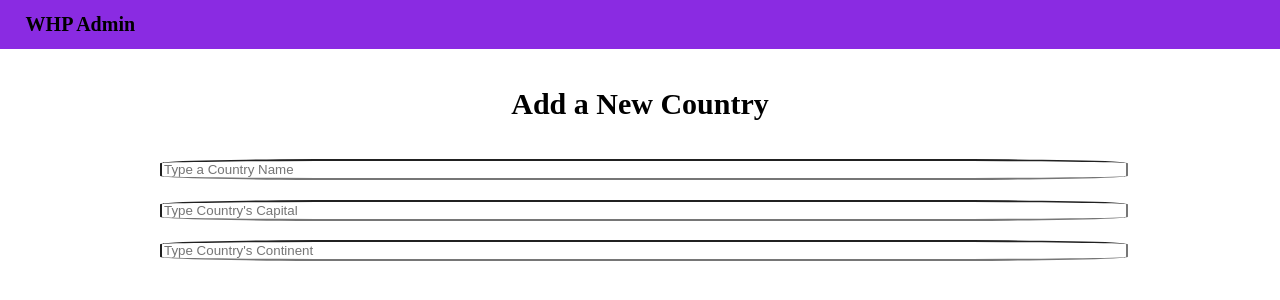
Repository: sabinaPetrisor/World_Hour_Project
Page: http://localhost/WorldHourProject/jsp/add-country.jsp
The author's editor kept a copy of each file at every save. The page is drawn from the files as they stood at one save, then again after the next save.
The browser window is 1280 px wide. The pictures show the whole page.
The page is served by Tomcat 9.

Above is the page before, as saved 2023-08-04 12:27:35.

After the next save:
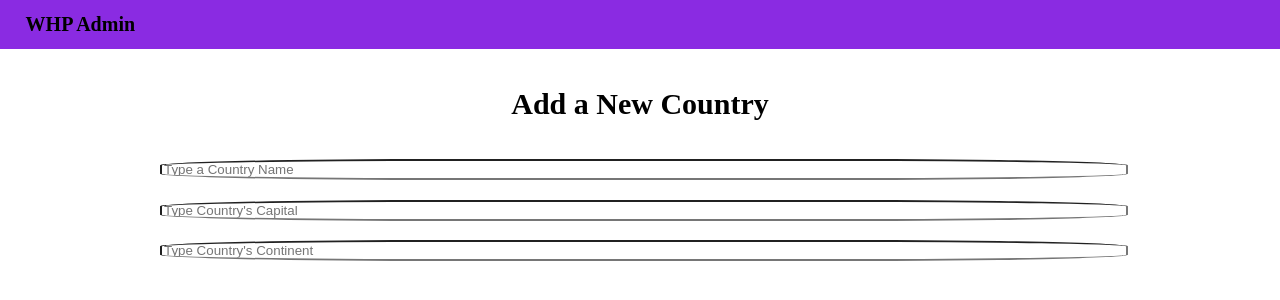
Saved 12 s later.
--- a/WorldHourProject/src/main/webapp/css/add-page-admin.css
+++ b/WorldHourProject/src/main/webapp/css/add-page-admin.css
@@ -15,5 +15,5 @@
 
 .insert-text {
 	margin-bottom: 2%;
-	border-radius: 20%;
+	border-radius: 30%;
 }
